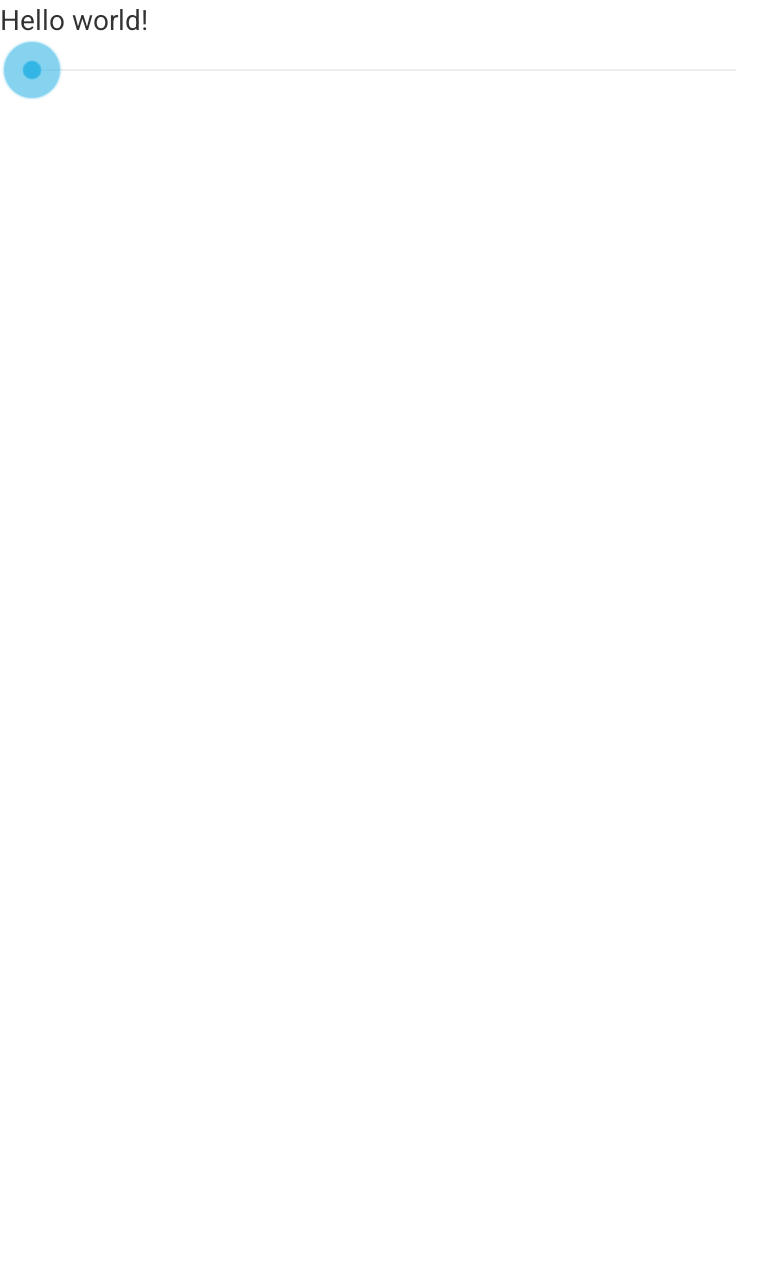
Repository: ChenLongAHXC/AndroidPractice
Layout: SeekBarAndRatingBar/res/layout/activity_main.xml
The author's editor kept a copy of each file at every save. The layout is drawn from the files as they stood at one save, then again after the next save.
It is drawn on a 768 x 1280 px phone screen (xhdpi) without system bars, with theme AppTheme; the app's code is not run.

Above is the layout before, as saved 2014-04-16 15:00:54.

After the next save:
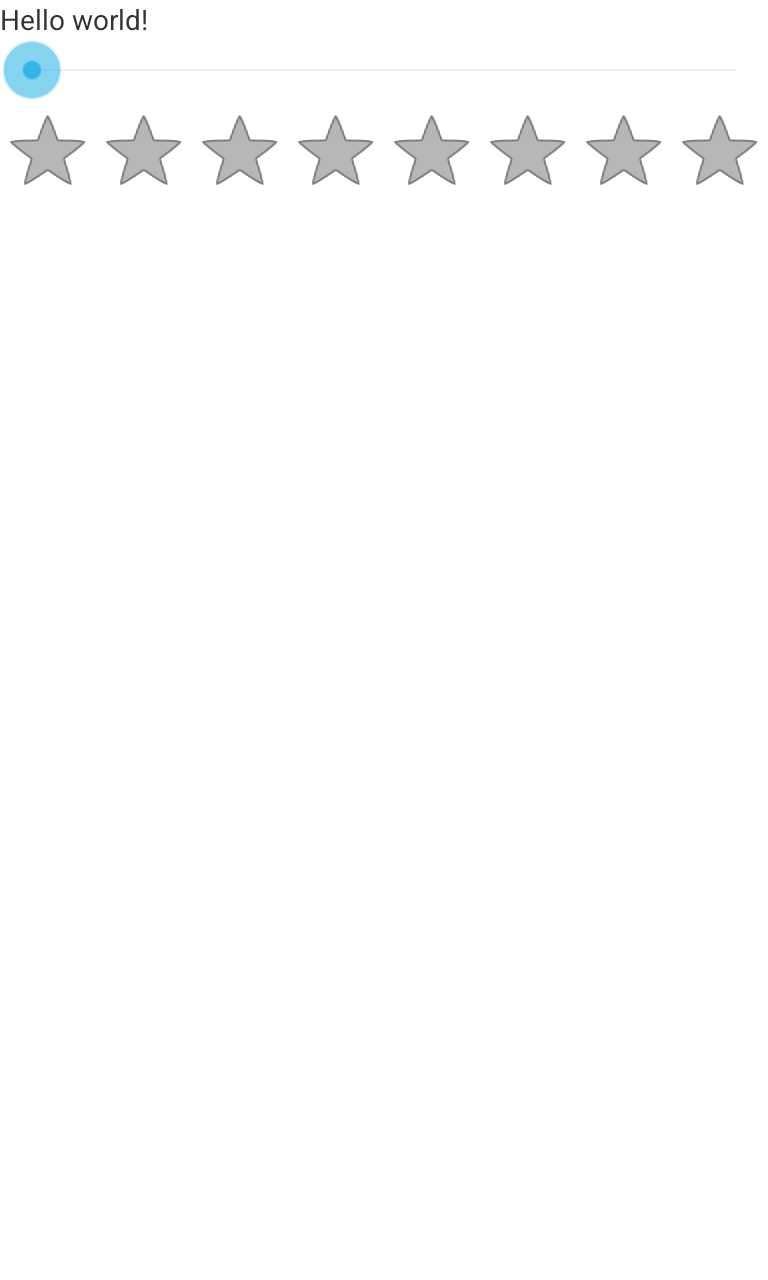
Saved 52 s later.
--- a/SeekBarAndRatingBar/res/layout/activity_main.xml
+++ b/SeekBarAndRatingBar/res/layout/activity_main.xml
@@ -15,4 +15,12 @@
     	android:layout_height="wrap_content"
         />
 
+    <RatingBar
+        android:id="@+id/myRatingBar"
+        android:layout_width="fill_parent"
+    	android:layout_height="wrap_content"
+    	android:numStars="5"
+    	android:stepSize="0.5"
+        />
+
 </LinearLayout>
